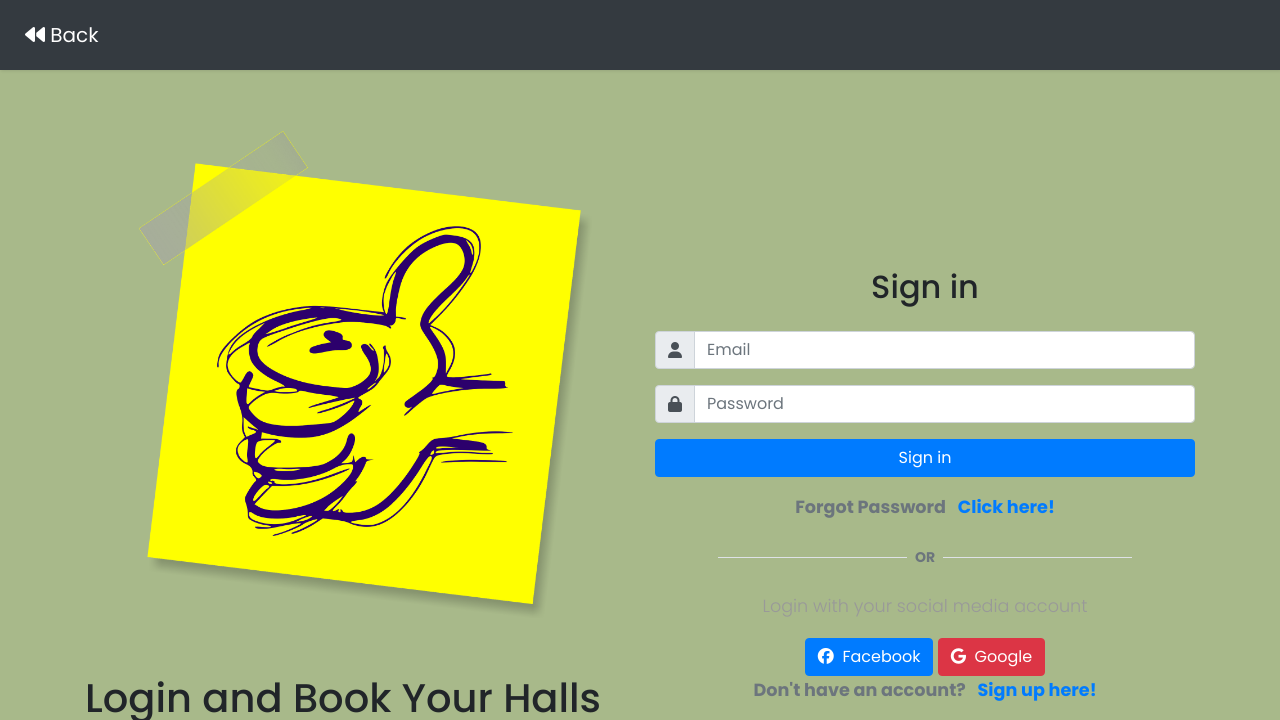
Repository: kalaprabhakar/Event_Management
Page: http://localhost/Event_Management_System/WEB-INF/pages/login.jsp
These files come from the project's save history. The page is drawn as it stood at one moment and after the next save; the edit follows.
The browser window is 1280 px wide. The pictures show the whole page.
An inner scrolling area shows only its first screen. Some web libraries are served in a nearby version. The page is served by Tomcat 10. Nobody is signed in. Other server files are loaded and not shown. The template is opened directly, without the code that normally fills it, so the values that code supplies are empty.

Above is the page before, as saved 2024-05-12 15:09:20.

### Hyscaler/Event_Management_System/src/main/webapp/WEB-INF/pages/login.jsp
<jsp:include page="includes/header.jsp" />
<%@ taglib uri="http://java.sun.com/jsp/jstl/core"  prefix="c"%>
<nav class="navbar navbar-expand-md navbar-dark bg-dark" style="margin-bottom:20px">
    <div class="container-fluid">
      <a class="navbar-brand" href="./"><i class="fas fa-backward"></i> Back</a>
      <button class="navbar-toggler" type="button" data-bs-toggle="collapse" data-bs-target="#navbarCollapse" aria-controls="navbarCollapse" aria-expanded="false" aria-label="Toggle navigation">
        <span class="navbar-toggler-icon"></span>
      </button>
     </div>
  </nav>

  <c:remove var="Admin_email"/>

	<section class="mt-5">

		<div class="container">
		    <div class="row align-items-center my-5">

		        <div class="col-md-12 col-lg-6 col-sm-12 mb-5">
		            <img src="images/thumbs-up.png" alt="" class="img-fluid mb-3 d-none d-md-block">
		            <h1>Login and Book Your Halls</h1>
		            <p class="font-italic text-muted mb-0">Fill out the Information provided here to sign in.</p>
		            </p>
		        </div>


		        <div class="col-lg-6 col-md-12 col-sm-12 mt-5">
		        <div class="login-form">
		         <form action="login-validation" modelAttribute="loginForm" method="POST" >
		        <h2 class="text-center mb-4">Sign in</h2>
		        <div class="form-group mt-3">
		        	<div class="input-group">
		                <div class="input-group-prepend">
		                    <span class="input-group-text">
		                        <span class="fa fa-user"></span>
		                    </span>
		                </div>
		                <input type="text" class="form-control" name="email" placeholder="Email" required="required">
		            </div>
		        </div>
				<div class="form-group">
		            <div class="input-group">
		                <div class="input-group-prepend">
		                    <span class="input-group-text">
		                        <i class="fa fa-lock"></i>
		                    </span>
		                </div>
		                <input type="password" class="form-control" name="password" placeholder="Password" required="required">
		            </div>
		        </div>

		        <div class="form-group ">
		            <button type="submit" name="user_login" class="btn btn-primary login-btn btn-block">Sign in</button>
		        </div>

				<div class="text-center w-100">
					<p class="text-muted font-weight-bold">Forgot Password <a href="#" class="text-primary ml-2">Click here!</a></p>
			   </div>
				<!-- Divider Text -->
				<div class="form-group col-lg-12 mx-auto d-flex align-items-center my-4">
				    <div class="border-bottom w-100 ml-5"></div>
				    <span class="px-2 small text-muted font-weight-bold text-muted">OR</span>
				    <div class="border-bottom w-100 mr-5"></div>
				</div>


		        <p class="text-center">Login with your social media account</p>
		        <div class="text-center social-btn">
		            <a href="#" class="btn btn-primary"><i class="fab fa-facebook"></i>&nbsp; Facebook</a>
					<a href="#" class="btn btn-danger"><i class="fab fa-google"></i>&nbsp; Google</a>
		        </div>
		    </form>


			  	   <div class="text-center w-100">
			             <p class="text-muted font-weight-bold">Don't have an account? <a href="registration" class="text-primary ml-2">Sign up here!</a></p>
			        </div>
				</div>
		        </div>
		    </div>
		</div>


	</section>

<jsp:include page="includes/footer.jsp" />

### Hyscaler/Event_Management_System/src/main/webapp/WEB-INF/pages/includes/header.jsp

<%@ page language="java" contentType="text/html; charset=ISO-8859-1"
	pageEncoding="ISO-8859-1"%>
<%@ taglib prefix="c" uri="http://java.sun.com/jsp/jstl/core"%>
<!DOCTYPE html>
<html>
<head>
<meta charset="ISO-8859-1">
<title>Event Management System</title>
<!--  Bootstrap CSS -->
<link rel="stylesheet"
	href="https://cdn.jsdelivr.net/npm/bootstrap@4.6.1/dist/css/bootstrap.min.css"
	integrity="sha384-zCbKRCUGaJDkqS1kPbPd7TveP5iyJE0EjAuZQTgFLD2ylzuqKfdKlfG/eSrtxUkn"
	crossorigin="anonymous">

<!-- FontAwesome -->
<link rel="stylesheet"
	href="https://pro.fontawesome.com/releases/v5.10.0/css/all.css" />
<link rel="stylesheet"
	href="https://cdnjs.cloudflare.com/ajax/libs/font-awesome/6.5.2/css/all.min.css"
	integrity="sha512-SnH5WK+bZxgPHs44uWIX+LLJAJ9/2PkPKZ5QiAj6Ta86w+fsb2TkcmfRyVX3pBnMFcV7oQPJkl9QevSCWr3W6A=="
	crossorigin="anonymous" referrerpolicy="no-referrer" />

<!-- Google Fonts -->
<link rel="preconnect" href="https://fonts.googleapis.com">
<link rel="preconnect" href="https://fonts.gstatic.com" crossorigin>
<link
	href="https://fonts.googleapis.com/css2?family=Poppins&display=swap"
	rel="stylesheet">

<!-- stylesheet -->

<script src="https://code.jquery.com/jquery-3.7.1.min.js"
	integrity="sha256-/JqT3SQfawRcv/BIHPThkBvs0OEvtFFmqPF/lYI/Cxo="
	crossorigin="anonymous"></script>


<script
	src="https://cdn.jsdelivr.net/npm/jquery@3.5.1/dist/jquery.slim.min.js"
	integrity="sha384-DfXdz2htPH0lsSSs5nCTpuj/zy4C+OGpamoFVy38MVBnE+IbbVYUew+OrCXaRkfj"
	crossorigin="anonymous"></script>
<script
	src="https://cdn.jsdelivr.net/npm/bootstrap@4.6.1/dist/js/bootstrap.bundle.min.js"
	integrity="sha384-fQybjgWLrvvRgtW6bFlB7jaZrFsaBXjsOMm/tB9LTS58ONXgqbR9W8oWht/amnpF"
	crossorigin="anonymous"></script>

<link rel="stylesheet" href="all_css/home.css" />
<link rel="stylesheet" href="all_css/admin.css" />
<link rel="stylesheet" href="all_css/card.css" />

</head>
<body>

### Hyscaler/Event_Management_System/src/main/webapp/WEB-INF/pages/includes/footer.jsp
<%@ page language="java" contentType="text/html; charset=ISO-8859-1"
    pageEncoding="ISO-8859-1"%>
<!DOCTYPE html>
<html>
<head>
<meta charset="ISO-8859-1">
<title>Insert title here</title>
<style>
.footer{

   width: 100%;
   height: 30px;
   background-color: gray;
   color: white;
   text-align: center;


}

.footer_social{

    display: flex;
   flex-direction: row-reverse;
   justify-content:center;
   text-align: center;

}
.footer_icon{
    margin-left: 10px;
}
</style>
</head>
<body>
<div class="footer">
 <p>&#169; 2021 copyright all right reserved</p>
                    <div class="footer_social">
                        <a href="#" class="footer_icon"><i class="fab fa-facebook-f"></i></a>
                        <a href="#" class="footer_icon"><i class="fab fa-instagram fa-2xl"></i></a>
                        <a href="#" class="footer_icon"><i class="fab fa-twitter"></i></a>
                    </div>



</div>

</body>
</html>

### Hyscaler/Event_Management_System/src/main/webapp/all_css/home.css
html,body{
    width:100%;
    height:100%;
    padding:0%;
    margin:0%;
    scroll-behavior: smooth;
    font-family: 'Poppins', sans-serif;
    overflow-x:hidden;

}




/* ===== FOOTER =====*/
.footer{
background-color: #0E2431;
color: #fff;
text-align: center;
font-weight: 600;
padding: 2rem 0;
margin-right:-25px;
}
.footer_title{
font-size: 2rem;
margin-bottom: 2rem;
}
.footer_social{
margin-bottom: 2rem;
}
.footer_icon{
font-size: 1.5rem;
color: #fff;
margin: 0 1rem;
}
.footer_icon:hover{
  color:#048dfe;
}

### Hyscaler/Event_Management_System/src/main/webapp/all_css/admin.css
/*
    DEMO STYLE
*/

@import "https://fonts.googleapis.com/css?family=Poppins:300,400,500,600,700";
body {
    font-family: 'Poppins', sans-serif;
    background: #A8B98A;
}

p {
    font-family: 'Poppins', sans-serif;
    font-size: 1.1em;
    font-weight: 300;
    line-height: 1.7em;
    color: #999;
}

a,
a:hover,
a:focus {
    color: inherit;
    text-decoration: none;
    transition: all 0.3s;
}

.navbar {
    padding: 15px 10px;
    background: #fff;
    border: none;
    border-radius: 0;
    margin-bottom: 40px;
    box-shadow: 1px 1px 3px rgba(0, 0, 0, 0.1);
}

.navbar-btn {
    box-shadow: none;
    outline: none !important;
    border: none;
}

.line {
    width: 100%;
    height: 1px;
    border-bottom: 1px dashed #ddd;
    margin: 40px 0;
}

/* ---------------------------------------------------
    SIDEBAR STYLE
----------------------------------------------------- */

.wrapper {
    display: flex;
    width: 100%;
    align-items: stretch;
}

#sidebar {
    min-width: 500px;
    max-width: 50px;
    /*background: #7386D5;*/
    color: #fff;
    transition: all 0.3s;
}

#sidebar.active {
    margin-left: -250px;
}

#sidebar .sidebar-header {
    padding: 20px;
    background: #5bc0de;
}

#sidebar ul.components {
    padding: 20px 0;
    border-bottom: 1px solid #5bc0de;
}

#sidebar ul p {
    color: #fff;
    padding: 10px;
}

#sidebar ul li a {
    padding: 10px;
    font-size: 1.1em;
    display: block;
}

#sidebar ul li a:hover {
    color: #5bc0de;
    background: #fff;
}

#sidebar ul li.active>a,
a[aria-expanded="true"] {
    color: #fff;
    background: #5bc0de;
}

a[data-toggle="collapse"] {
    position: relative;
}

.dropdown-toggle::after {
    display: block;
    position: absolute;
    top: 50%;
    right: 20px;
    transform: translateY(-50%);
}

ul ul a {
    font-size: 0.9em !important;
    padding-left: 30px !important;
    background: #5bc0de;
}

ul.CTAs {
    padding: 20px;
}

ul.CTAs a {
    text-align: center;
    font-size: 0.9em !important;
    display: block;
    border-radius: 5px;
    margin-bottom: 5px;
}

a.download {
    background: #fff;
    color: #5bc0de;
}

a.article,
a.article:hover {
    background: #5bc0de !important;
    color: #fff !important;
}

/* ---------------------------------------------------
    CONTENT STYLE
----------------------------------------------------- */

#content {
    width: 100%;
    padding: 20px;
    min-height: 100vh;
    transition: all 0.3s;
}

/* ---------------------------------------------------
    MEDIAQUERIES
----------------------------------------------------- */

@media (max-width: 768px) {
    #sidebar {
        margin-left: -250px;
    }
    #sidebar.active {
        margin-left: 0;
    }
    #sidebarCollapse span {
        display: none;
    }
}

### Hyscaler/Event_Management_System/src/main/webapp/all_css/card.css

.card-margin {
    margin-bottom: 1.875rem;
}

.card {
    border: 0;
    box-shadow: 0px 0px 10px 0px rgba(82, 63, 105, 0.1);
    -webkit-box-shadow: 0px 0px 10px 0px rgba(82, 63, 105, 0.1);
    -moz-box-shadow: 0px 0px 10px 0px rgba(82, 63, 105, 0.1);
    -ms-box-shadow: 0px 0px 10px 0px rgba(82, 63, 105, 0.1);
}
.card {
    position: relative;
    display: flex;
    flex-direction: column;
    min-width: 0;
    word-wrap: break-word;
    background-color: #ffffff;
    background-clip: border-box;
    border: 1px solid #e6e4e9;
    border-radius: 1rem;
}


.card .card-header.no-border {
    border: 0;
}
.card .card-header {
    background: none;
    padding: 0 0.9375rem;
    font-weight: 500;
    display: flex;
    align-items: center;
    min-height: 50px;
}
.card-header:first-child {
    border-radius: calc(8px - 1px) calc(8px - 1px) 0 0;
}

.widget-49 .widget-49-title-wrapper {
  display: flex;
  align-items: center;
}

.widget-49 .widget-49-title-wrapper .widget-49-date-primary {
  display: flex;
  align-items: center;
  justify-content: center;
  flex-direction: column;
  background-color: #edf1fc;
  width: 4rem;
  height: 4rem;
  border-radius: 50%;
}

.widget-49 .widget-49-title-wrapper .widget-49-date-primary .widget-49-date-day {
  color: #4e73e5;
  font-weight: 500;
  font-size: 1.5rem;
  line-height: 1;
}

.widget-49 .widget-49-title-wrapper .widget-49-date-primary .widget-49-date-month {
  color: #4e73e5;
  line-height: 1;
  font-size: 1rem;
  text-transform: uppercase;
}

.widget-49 .widget-49-title-wrapper .widget-49-date-secondary {
  display: flex;
  align-items: center;
  justify-content: center;
  flex-direction: column;
  background-color: #fcfcfd;
  width: 4rem;
  height: 4rem;
  border-radius: 50%;
}

.widget-49 .widget-49-title-wrapper .widget-49-date-secondary .widget-49-date-day {
  color: #dde1e9;
  font-weight: 500;
  font-size: 1.5rem;
  line-height: 1;
}

.widget-49 .widget-49-title-wrapper .widget-49-date-secondary .widget-49-date-month {
  color: #dde1e9;
  line-height: 1;
  font-size: 1rem;
  text-transform: uppercase;
}

.widget-49 .widget-49-title-wrapper .widget-49-date-success {
  display: flex;
  align-items: center;
  justify-content: center;
  flex-direction: column;
  background-color: #e8faf8;
  width: 4rem;
  height: 4rem;
  border-radius: 50%;
}

.widget-49 .widget-49-title-wrapper .widget-49-date-success .widget-49-date-day {
  color: #17d1bd;
  font-weight: 500;
  font-size: 1.5rem;
  line-height: 1;
}

.widget-49 .widget-49-title-wrapper .widget-49-date-success .widget-49-date-month {
  color: #17d1bd;
  line-height: 1;
  font-size: 1rem;
  text-transform: uppercase;
}

.widget-49 .widget-49-title-wrapper .widget-49-date-info {
  display: flex;
  align-items: center;
  justify-content: center;
  flex-direction: column;
  background-color: #ebf7ff;
  width: 4rem;
  height: 4rem;
  border-radius: 50%;
}

.widget-49 .widget-49-title-wrapper .widget-49-date-info .widget-49-date-day {
  color: #36afff;
  font-weight: 500;
  font-size: 1.5rem;
  line-height: 1;
}

.widget-49 .widget-49-title-wrapper .widget-49-date-info .widget-49-date-month {
  color: #36afff;
  line-height: 1;
  font-size: 1rem;
  text-transform: uppercase;
}

.widget-49 .widget-49-title-wrapper .widget-49-date-warning {
  display: flex;
  align-items: center;
  justify-content: center;
  flex-direction: column;
  background-color: floralwhite;
  width: 4rem;
  height: 4rem;
  border-radius: 50%;
}

.widget-49 .widget-49-title-wrapper .widget-49-date-warning .widget-49-date-day {
  color: #FFC868;
  font-weight: 500;
  font-size: 1.5rem;
  line-height: 1;
}

.widget-49 .widget-49-title-wrapper .widget-49-date-warning .widget-49-date-month {
  color: #FFC868;
  line-height: 1;
  font-size: 1rem;
  text-transform: uppercase;
}

.widget-49 .widget-49-title-wrapper .widget-49-date-danger {
  display: flex;
  align-items: center;
  justify-content: center;
  flex-direction: column;
  background-color: #feeeef;
  width: 4rem;
  height: 4rem;
  border-radius: 50%;
}

.widget-49 .widget-49-title-wrapper .widget-49-date-danger .widget-49-date-day {
  color: #F95062;
  font-weight: 500;
  font-size: 1.5rem;
  line-height: 1;
}

.widget-49 .widget-49-title-wrapper .widget-49-date-danger .widget-49-date-month {
  color: #F95062;
  line-height: 1;
  font-size: 1rem;
  text-transform: uppercase;
}

.widget-49 .widget-49-title-wrapper .widget-49-date-light {
  display: flex;
  align-items: center;
  justify-content: center;
  flex-direction: column;
  background-color: #fefeff;
  width: 4rem;
  height: 4rem;
  border-radius: 50%;
}

.widget-49 .widget-49-title-wrapper .widget-49-date-light .widget-49-date-day {
  color: #f7f9fa;
  font-weight: 500;
  font-size: 1.5rem;
  line-height: 1;
}

.widget-49 .widget-49-title-wrapper .widget-49-date-light .widget-49-date-month {
  color: #f7f9fa;
  line-height: 1;
  font-size: 1rem;
  text-transform: uppercase;
}

.widget-49 .widget-49-title-wrapper .widget-49-date-dark {
  display: flex;
  align-items: center;
  justify-content: center;
  flex-direction: column;
  background-color: #ebedee;
  width: 4rem;
  height: 4rem;
  border-radius: 50%;
}

.widget-49 .widget-49-title-wrapper .widget-49-date-dark .widget-49-date-day {
  color: #394856;
  font-weight: 500;
  font-size: 1.5rem;
  line-height: 1;
}

.widget-49 .widget-49-title-wrapper .widget-49-date-dark .widget-49-date-month {
  color: #394856;
  line-height: 1;
  font-size: 1rem;
  text-transform: uppercase;
}

.widget-49 .widget-49-title-wrapper .widget-49-date-base {
  display: flex;
  align-items: center;
  justify-content: center;
  flex-direction: column;
  background-color: #f0fafb;
  width: 4rem;
  height: 4rem;
  border-radius: 50%;
}

.widget-49 .widget-49-title-wrapper .widget-49-date-base .widget-49-date-day {
  color: #68CBD7;
  font-weight: 500;
  font-size: 1.5rem;
  line-height: 1;
}

.widget-49 .widget-49-title-wrapper .widget-49-date-base .widget-49-date-month {
  color: #68CBD7;
  line-height: 1;
  font-size: 1rem;
  text-transform: uppercase;
}

.widget-49 .widget-49-title-wrapper .widget-49-meeting-info {
  display: flex;
  flex-direction: column;
  margin-left: 1rem;
}

.widget-49 .widget-49-title-wrapper .widget-49-meeting-info .widget-49-pro-title {
  color: #3c4142;
  font-size: 14px;
}

.widget-49 .widget-49-title-wrapper .widget-49-meeting-info .widget-49-meeting-time {
  color: #B1BAC5;
  font-size: 13px;
}

.widget-49 .widget-49-meeting-points {
  font-weight: 400;
  font-size: 13px;
  margin-top: .5rem;
}

.widget-49 .widget-49-meeting-points .widget-49-meeting-item {
  display: list-item;
  color: #727686;
}

.widget-49 .widget-49-meeting-points .widget-49-meeting-item span {
  margin-left: .5rem;
}

.widget-49 .widget-49-meeting-action {
  text-align: right;
}

.widget-49 .widget-49-meeting-action a {
  text-transform: uppercase;
}


.time {
	position: relative;
  margin-left: 1em;
}


.time span {
	font-size: 12px;
	color: #bebebe;
	line-height: 25px;
}


 .time a span {
	padding: 5px 10px;
    border-radius: 4px;
    line-height: 10px;
    font-size: 12px;
}

After the next save:
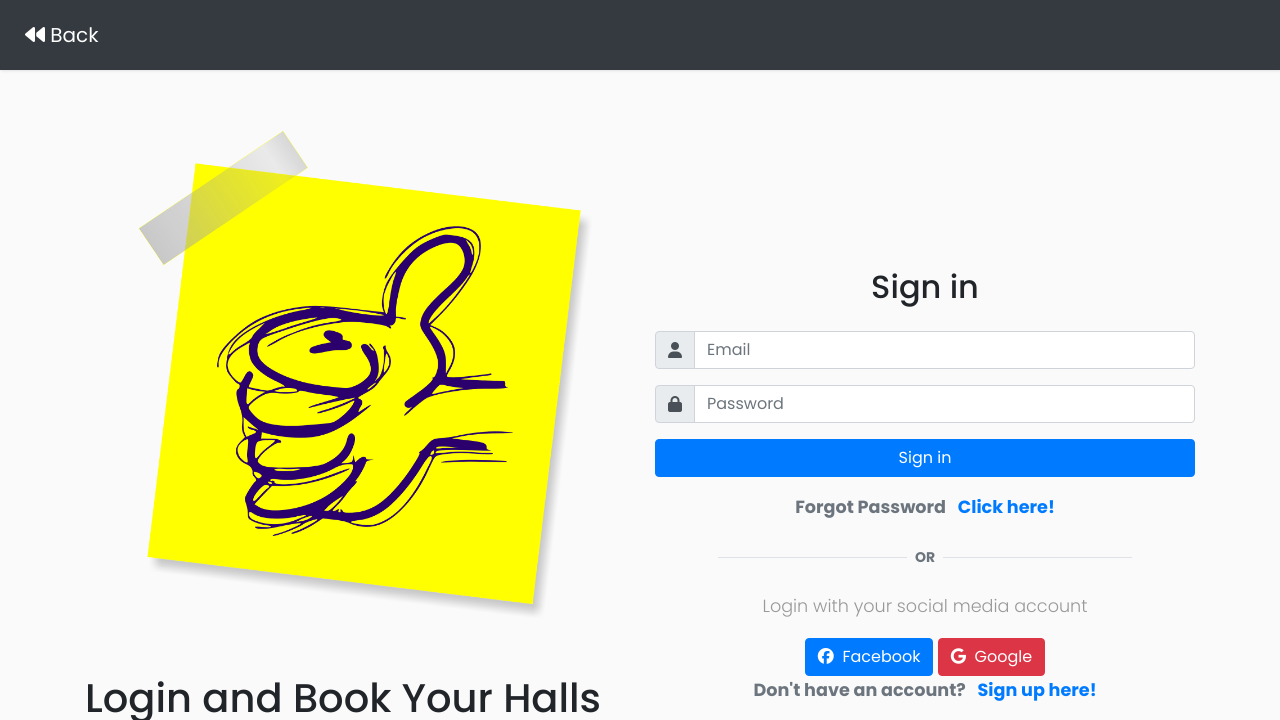
Saved 61 s later.
--- a/Hyscaler/Event_Management_System/src/main/webapp/all_css/admin.css
+++ b/Hyscaler/Event_Management_System/src/main/webapp/all_css/admin.css
@@ -5,7 +5,7 @@
 @import "https://fonts.googleapis.com/css?family=Poppins:300,400,500,600,700";
 body {
     font-family: 'Poppins', sans-serif;
-    background: #A8B98A;
+    background: #fafafa;
 }
 
 p {
